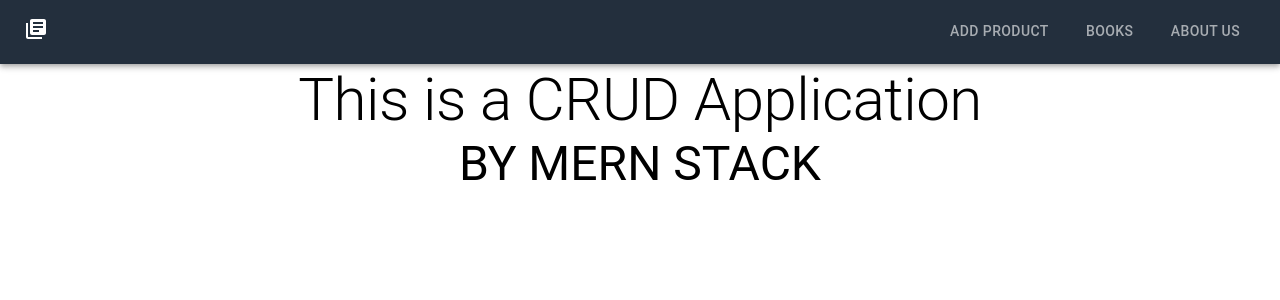
Repository: CydexCode/Book_Store_App-MERN-Stack
Page: /about (app in book-store/)
An editor plug-in stored every save of this project. The page is shown before and after the next save, followed by the edit.
The browser window is 1280 px wide. The pictures show the whole page.
The project was rebuilt for these pictures with package versions that can differ from the ones it lists, and the page was loaded fresh each time. Also part of the build but not shown: book-store/src/components/Home.js, book-store/src/components/AddBook.js, book-store/src/components/Book/Book.css, book-store/src/components/Book/Book.js, book-store/src/components/Book/Books.js, book-store/src/components/Book/BookDetail.js.

Above is the page before, as saved 2022-09-09 02:54:19.

After the next save:
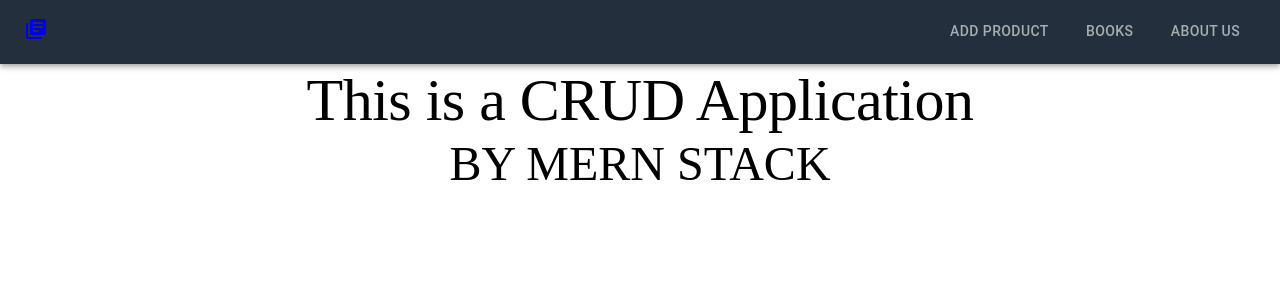
Saved 4 min 16 s later.
--- a/book-store/src/components/Header.js
+++ b/book-store/src/components/Header.js
@@ -8,9 +8,10 @@ const Header = () => {
     <div>
       <AppBar sx={{ backgroundColor:"#232F3D"}} position='sticky'>
 <Toolbar>
+    <NavLink to="/" sx={{ color: "white"}}>
 <Typography>
             <LibraryBooksIcon />
-            </Typography>
+            </Typography></NavLink>
 
             <Tabs sx={{ml:"auto"}} textColor="inherit" indicatorColor="secondary" value={value} onChange={(e,val) =>setValue(val)}>
                 <Tab LinkComponent={NavLink} to="/add" label="Add product" />
--- a/book-store/src/components/About.js
+++ b/book-store/src/components/About.js
@@ -5,8 +5,8 @@ const About = () => {
   return (
     <div>
         <Box display="flex" flexDirection="column" alignItems="center">
-            <Typography sx={{}} variant="h2">This is a CRUD Application</Typography>
-            <Typography variant="h3">BY MERN STACK</Typography>
+            <Typography sx={{fontFamily:"fantasy"}} variant="h2">This is a CRUD Application</Typography>
+            <Typography sx={{fontFamily:"fantasy"}} variant="h3">BY MERN STACK</Typography>
         </Box>
 
     </div>
